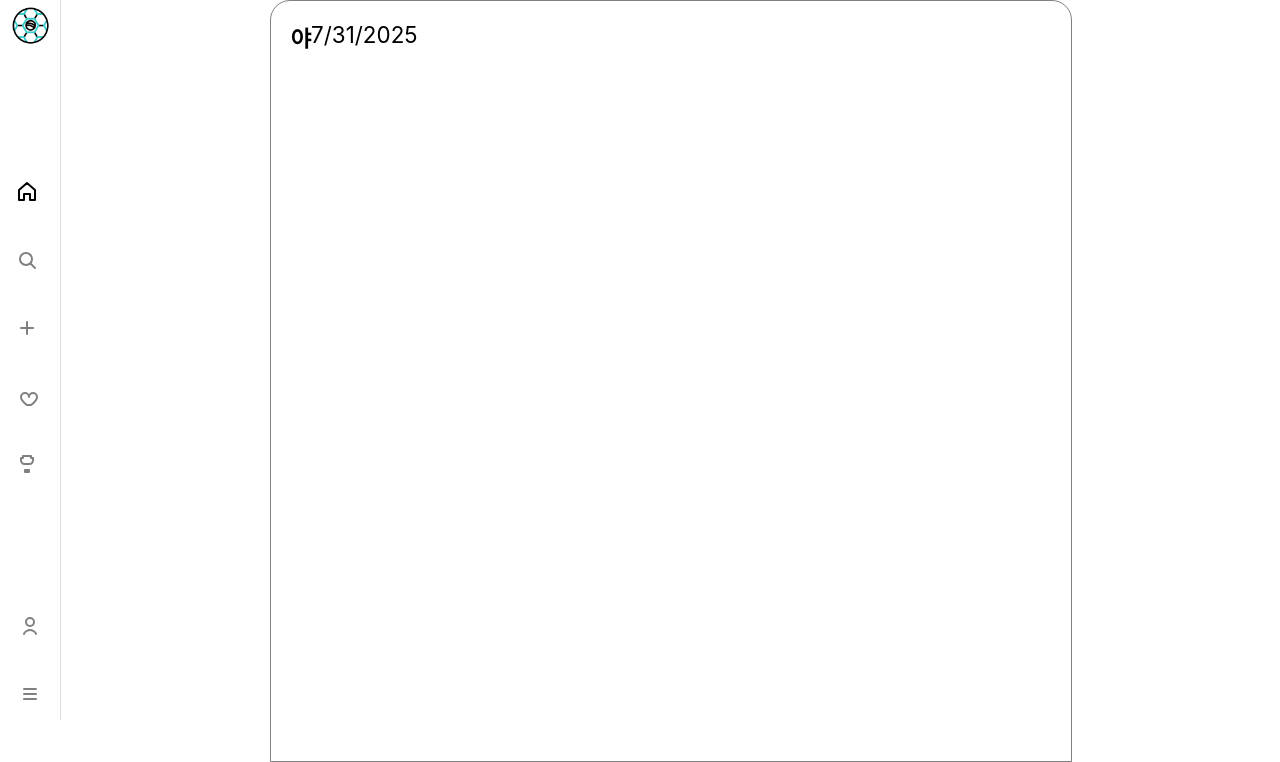
Repository: compick/compick_frontend
Page: /home
An editor plug-in stored every save of this project. The page is shown before and after the next save, followed by the edit.
The browser window is 1280 px wide. The pictures show the whole page.
The project was rebuilt for these pictures with package versions that can differ from the ones it lists, and the page was loaded fresh each time. Also part of the build but not shown: src/pages/login/LoginUser.js, src/pages/login/RegisterUser.js.

Above is the page before, as saved 2025-07-31 16:32:35.

After the next save:
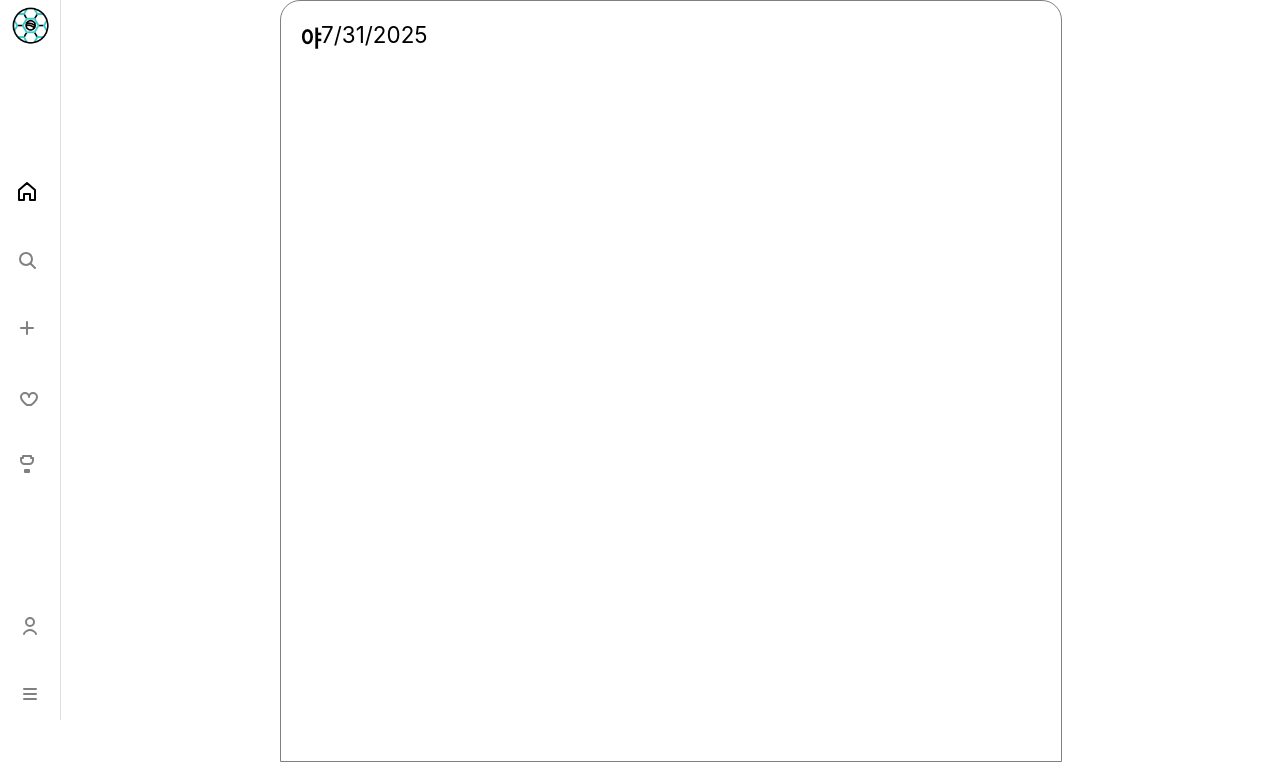
Saved 5 s later.
--- a/src/styles/body.css
+++ b/src/styles/body.css
@@ -5,7 +5,7 @@
     justify-content: center;
 }
 .bodyContainer .content{
-    width: 760px;
+    width: 740px;
     min-height: 100vh;
     border: 1px solid gray;
     border-top-left-radius: 20px;
